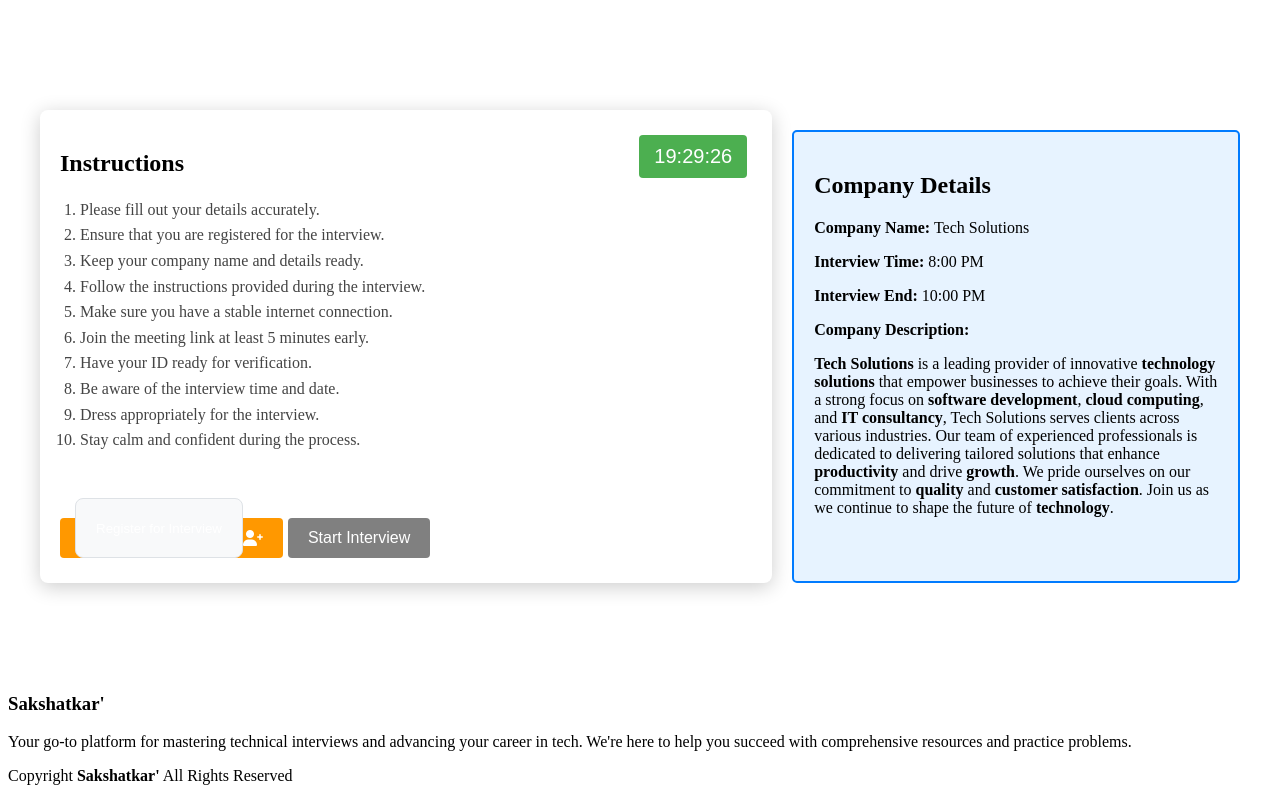
Repository: raushan22882917/Interview_platform
Page: templates/editor/interview.html
An editor plug-in stored every save of this project. The page is shown before and after the next save, followed by the edit.
The browser window is 1280 px wide. The pictures show the whole page.
The page is served by the project's application, run on Flask 3 (temp_code.py). The template is opened directly, without the code that normally fills it, so the values that code supplies are empty.

Above is the page before, as saved 2024-12-03 00:33:46.

### Tech_Round/templates/editor/interview.html
<!DOCTYPE html>
<html lang="en">
<head>
    <meta charset="UTF-8">
    <meta name="viewport" content="width=device-width, initial-scale=1.0">
    <title>Interview Registration</title>
    <link href="https://cdnjs.cloudflare.com/ajax/libs/font-awesome/6.0.0-beta3/css/all.min.css" rel="stylesheet">
    <link href="https://fonts.googleapis.com/css2?family=Roboto:wght@400;700&display=swap" rel="stylesheet">
    <link href="{{ url_for('static', filename='assets/img/favicon.png') }}" rel="icon">

    <style>
        /* Heading styles */
        h1 {
            color: #ff5733; /* Bright orange */
            margin-bottom: 20px;
            text-shadow: 1px 1px 2px rgba(0, 0, 0, 0.3); /* Slight shadow for depth */
        }

        /* Container styles */
        .containers {
            display: flex;
            justify-content: space-between;
            width: 100%;
            max-width: 1200px;
            margin: 100px auto; /* Center the container */
            padding: 10px;
            border-radius: 10px;
        }

        /* Instructions box styles */
        #instructions {
            position: relative;
            background-color: #ffffff; /* White background */
            padding: 20px;
            border-radius: 8px;
            display: flex;
            box-shadow: 0 4px 20px rgba(0, 0, 0, 0.2); /* Stronger shadow */
            width: 60%;
            margin-right: 20px;
            flex-direction: column;
            transition: transform 0.2s; /* Smooth transform */
        }

        #instructions:hover {
            transform: translateY(-5px); /* Lift effect on hover */
        }

        /* Company info box styles */
        .company-info {
            margin-top: 20px;
            padding: 20px;
            border: 2px solid #007bff; /* Blue border */
            border-radius: 5px;
            background-color: #e7f3ff; /* Light blue background */
            width: 35%;
            transition: border-color 0.3s; /* Transition effect for border */
        }

        .company-info:hover {
            border-color: #0056b3; /* Darker blue on hover */
        }

        /* Ordered list styles */
        ol {
            margin: 0;
            padding-left: 20px;
            line-height: 1.6;
            color: #444; /* Dark grey for text */
        }

        /* Button styles */
        button {
            background-color: #ff9800; /* Vibrant orange */
            color: white;
            border: none;
            padding: 10px 15px; /* Increased padding for better button size */
            border-radius: 4px;
            cursor: pointer;
            font-size: 16px;
            transition: background-color 0.3s ease, transform 0.2s; /* Added transform transition */
            margin: 5px; /* Added margin for better spacing */
            display: flex; /* Flex to align icon and text */
            align-items: center; /* Center items vertically */
        }

        button:hover {
            background-color: #e68a00; /* Darker orange on hover */
            transform: scale(1.05); /* Slight scale effect */
        }

        /* Timer button styles */
        #timerButton {
            font-size: 20px;
            background-color: #4caf50; /* Green background */
            position: absolute; /* Position timer button absolutely within #instructions */
            top: 20px; /* Distance from the top */
            right: 20px; /* Distance from the right */
            padding: 10px 15px; /* Consistent padding */
            transition: background-color 0.3s; /* Smooth color transition */
        }

        #timerButton:hover {
            background-color: #388e3c; /* Darker green on hover */
        }

        /* Editor button styles */
        #editorButton {
            background-color: #6c757d; /* Grey background */
        }

        #editorButton:hover {
            background-color: #5a6268; /* Darker grey on hover */
        }

        /* Button container styles */
        .button-container {
            display: flex; /* Use flexbox for alignment */
            justify-content: flex-start; /* Align buttons to the start */
            margin-top: 60px; /* Space above buttons */
        }

        /* Form styles */
        form {
            padding: 20px;
            border-radius: 8px;
            margin-bottom: 20px;
            background-color: #f8f9fa; /* Light background for form */
            border: 1px solid #dee2e6; /* Light grey border */
            transition: background-color 0.3s; /* Transition effect */
        }

        form:hover {
            background-color: #e9ecef; /* Darker grey on hover */
        }

        /* Register button styles */
        .register-button {
            position: relative; /* Position relative to make it part of the button container */
            width: auto; /* Auto width for register button */
            margin: 0; /* Remove margin for absolute positioning */
            height: 40px;
            margin-top: 5px;
        }

        /* Button icon styles */
        .button-icon {
            margin-right: 5px; /* Space between icon and text */
        }

        /* Active button styles */
        #activeButton {
            padding: 10px 20px;
            font-size: 16px;
            cursor: pointer;
            height: 40px;
        }

        #activeButton:disabled {
            background-color: gray; /* Grey background when disabled */
            cursor: not-allowed;
        }

        /* Modal styles */
        #popupModal {
            display: none; /* Hidden by default */
            position: fixed; /* Stay in place */
            z-index: 1; /* Sit on top */
            left: 0;
            top: 0;
            width: 100%; /* Full width */
            height: 100%; /* Full height */
            overflow: auto; /* Enable scroll if needed */
            background-color: rgba(0, 0, 0, 0.7); /* Darker background with opacity */
        }

        #popupContent {
            background-color: #fff; /* White background for popup */
            margin: 15% auto; /* 15% from the top and centered */
            padding: 20px;
            border: 1px solid #888;
            width: 300px; /* Could be more or less, depending on screen size */
            text-align: center;
            border-radius: 10px; /* Rounded corners */
            box-shadow: 0 4px 20px rgba(0, 0, 0, 0.3); /* Popup shadow */
        }

        /* Close button styles */
        .close {
            color: #ff5733; /* Close button color */
            float: right;
            font-size: 28px;
            font-weight: bold;
            cursor: pointer;
        }

        .close:hover,
        .close:focus {
            color: #d50000; /* Dark red on hover */
            text-decoration: none;
            cursor: pointer;
        }
    </style>

    <script>
        function updateButton() {
            const now = new Date();
            const button = document.getElementById('timerButton');
            const editorButton = document.getElementById('editorButton');

            const targetHour = 20; // 6 PM
            const targetMinute = 0; // 0 minutes
            const targetSecond = 0; // 0 seconds

            // Calculate the target time
            const targetTime = new Date();
            targetTime.setHours(targetHour, targetMinute, targetSecond, 0);

            // If it's already past 6 PM, set the target time for the next day
            if (now >= targetTime) {
                targetTime.setDate(targetTime.getDate() + 1);
            }

            // Calculate the time difference in seconds
            const timeDifference = Math.floor((targetTime - now) / 1000);

            if (timeDifference > 0) {
                const hours = Math.floor(timeDifference / 3600);
                const minutes = Math.floor((timeDifference % 3600) / 60);
                const seconds = timeDifference % 60;
                button.innerHTML = `${hours}:${minutes < 10 ? '0' + minutes : minutes}:${seconds < 10 ? '0' + seconds : seconds}`;
            } else {
                button.innerHTML = 'Timer Ended';
                editorButton.disabled = false; // Enable the editor button when the timer ends
            }
        }

        // Update the button every second
        setInterval(updateButton, 1000);
        window.onload = updateButton; // Update on page load
    </script>
</head>
<body>


    <div class="containers">
        <div id="instructions">
            <div class="inst">
                <h2>Instructions</h2>
                <ol>
                    <li>Please fill out your details accurately.</li>
                    <li>Ensure that you are registered for the interview.</li>
                    <li>Keep your company name and details ready.</li>
                    <li>Follow the instructions provided during the interview.</li>
                    <li>Make sure you have a stable internet connection.</li>
                    <li>Join the meeting link at least 5 minutes early.</li>
                    <li>Have your ID ready for verification.</li>
                    <li>Be aware of the interview time and date.</li>
                    <li>Dress appropriately for the interview.</li>
                    <li>Stay calm and confident during the process.</li>
                </ol>
            </div>
            <div class="button-container">
                <button class="register-button" id="registerButton">
                    {% if is_registered %}
                        <i class="fas fa-check button-icon"></i>Already Registered
                    {% elif current_time.hour >= 20 %}
                        <form action="/register_interview" method="POST" style="display: inline;">
                            <input type="submit" value="Register for Tomorrow" style="border: none; background: none; color: inherit; cursor: pointer; padding: 0;">
                        </form>
                        <i class="fas fa-user-plus button-icon"></i>
                    {% else %}
                        <form action="/register_interview" method="POST" style="display: inline;">
                            <input type="submit" value="Register for Interview" style="border: none; background: none; color: inherit; cursor: pointer; padding: 0;">
                        </form>
                        <i class="fas fa-user-plus button-icon"></i>
                    {% endif %}
                </button>

                <button id="timerButton" disabled>Loading...</button>
                <button id="activeButton" disabled>Start Interview</button>

    <!-- The Modal -->
    <div id="popupModal">
        <div id="popupContent">
            <span class="close">&times;</span>
            <p>Start coding at 9 PM!</p>
        </div>
    </div>

    <script>
        function checkTime() {
            const now = new Date();
            const hours = now.getHours();
            const isActive = (hours >= 12 && hours < 23); // Active from 1 AM to 3 AM


            const button = document.getElementById('activeButton');
            button.disabled = !isActive; // Enable or disable the button based on the time

            // Add click event to the button
            button.onclick = function () {
                if (isActive) {
                    window.location.href = '/editor'; // Navigate to /editor if active
                } else {
                    showModal(); // Show modal if clicked outside active hours
                }
            };
        }

        function showModal() {
            const modal = document.getElementById('popupModal');
            modal.style.display = "block"; // Show the modal
        }

        function closeModal() {
            const modal = document.getElementById('popupModal');
            modal.style.display = "none"; // Hide the modal
        }

        // Get the <span> element that closes the modal
        const closeButton = document.getElementsByClassName("close")[0];
        closeButton.onclick = closeModal; // When the user clicks on <span> (x), close the modal

        // Close the modal when the user clicks anywhere outside of it
        window.onclick = function(event) {
            const modal = document.getElementById('popupModal');
            if (event.target === modal) {
                closeModal();
            }
        }

        // Check the time when the page loads
        window.onload = checkTime;
    </script>
            </div>
        </div>

        <div class="company-info">
            <h2>Company Details</h2>
            <p><strong>Company Name:</strong> Tech Solutions</p>
            <p><strong>Interview Time:</strong> 8:00 PM</p>
            <p><strong>Interview End:</strong> 10:00 PM</p>
            <p><strong>Company Description:</strong></p>
            <p><strong>Tech Solutions</strong> is a leading provider of innovative <strong>technology solutions</strong> that empower businesses to achieve their goals. With a strong focus on <strong>software development</strong>, <strong>cloud computing</strong>, and <strong>IT consultancy</strong>, Tech Solutions serves clients across various industries. Our team of experienced professionals is dedicated to delivering tailored solutions that enhance <strong>productivity</strong> and drive <strong>growth</strong>. We pride ourselves on our commitment to <strong>quality</strong> and <strong>customer satisfaction</strong>. Join us as we continue to shape the future of <strong>technology</strong>.</p>
        </div>

    </div>

    <footer id="footer" class="footer dark-background">
        <div class="container">
          <h3 class="sitename">Sakshatkar'</h3>
          <p>Your go-to platform for mastering technical interviews and advancing your career in tech. We're here to help you succeed with comprehensive resources and practice problems.</p>
          <div class="social-links d-flex justify-content-center">
            <a href="https://twitter.com/Sakshatkar'" target="_blank" aria-label="Twitter"><i class="bi bi-twitter"></i></a>
            <a href="https://facebook.com/Sakshatkar'" target="_blank" aria-label="Facebook"><i class="bi bi-facebook"></i></a>
            <a href="https://instagram.com/Sakshatkar'" target="_blank" aria-label="Instagram"><i class="bi bi-instagram"></i></a>
            <a href="https://linkedin.com/company/Sakshatkar'" target="_blank" aria-label="LinkedIn"><i class="bi bi-linkedin"></i></a>
          </div>
          <div class="container">
            <div class="copyright">
              <span>Copyright</span> <strong class="px-1 sitename">Sakshatkar'</strong> <span>All Rights Reserved</span>
            </div>
          </div>
        </div>
      </footer>
</body>
</html>

### Tech_Round/temp_code.py
from flask import Flask, render_template, request, session, redirect
import os
from groq import Groq

app = Flask(__name__)
app.secret_key = os.environ.get("FLASK_SECRET_KEY", "sdfghjuklkjhugfdsfghjk")  # For security, consider using an environment variable

# Initialize the Groq API client
client = Groq(api_key=os.environ.get("GROQ_API_KEY", "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"))  # Get the Groq API key from environment variables

# Define the steps in the E.S.T.C.V process
STEPS = ["Example", "Solution", "Test Cases", "Code", "Validation"]

@app.route('/estcv')
def estcv():
    return render_template('Ai/index.html')

@app.route('/start', methods=['POST'])
def start():
    session.clear()
    session['question'] = request.form['question']
    session['current_step'] = STEPS[0]
    session['responses'] = {}
    session['marks'] = {}  # Store marks for each step
    return redirect(f'/step')

@app.route('/step', methods=['GET', 'POST'])
def step():
    current_step = session.get('current_step', STEPS[0])
    responses = session.get('responses', {})

    if request.method == 'POST':
        user_input = request.form['user_input']
        feedback, score = process_step(current_step, user_input)
        responses[current_step] = {'input': user_input, 'feedback': feedback, 'score': score}

        session['responses'] = responses
        session['marks'][current_step] = score  # Store score for the current step

        # Move to next step
        current_index = STEPS.index(current_step)
        if current_index < len(STEPS) - 1:
            session['current_step'] = STEPS[current_index + 1]
            return redirect(f'/step')
        else:
            total_score = sum(session['marks'].values())  # Calculate total score
            return render_template('Ai/feedback.html', responses=responses, total_score=total_score)

    return render_template('Ai/steps.html', step=current_step, question=session['question'], responses=responses)

def process_step(step, user_input):
    """Process the user input for a specific step and return feedback and score."""
    question = session['question']
    feedback = ""
    score = 0  # Default score

    if step == "Example":
        inputs_outputs = user_input.split("\n")
        if len(inputs_outputs) < 3:
            feedback = "You need to provide at least 3 examples of input-output pairs."
            score = 2  # Lower score for insufficient examples
        else:
            feedback = "Good job providing examples. Ensure they cover diverse scenarios."
            score = 5  # Full score for good examples

    elif step == "Solution":
        prompt = f"Question: {question}\nUser's solution approach: {user_input}\nEvaluate the approach."
        feedback = call_groq_api(prompt)
        score = 4  # Placeholder, adjust based on feedback evaluation

    elif step == "Test Cases":
        test_cases = user_input.split("\n")
        if not test_cases:
            feedback = "Please provide at least one test case."
            score = 1  # Low score for no test cases
        elif "edge" not in user_input.lower():
            feedback = "You missed edge test cases. Consider edge conditions like minimum, maximum, or empty inputs."
            score = 3  # Medium score for missing edge cases
        else:
            feedback = "Test cases are well thought out."
            score = 5  # Full score for good test cases

    elif step == "Code":
        prompt = f"Question: {question}\nCode: {user_input}\nEvaluate the correctness, time complexity, and space complexity."
        feedback = call_groq_api(prompt)
        score = 4  # Placeholder for code quality evaluation

    elif step == "Validation":
        prompt = f"Question: {question}\nValidation of code: {user_input}\nCheck all test cases and analyze time and space complexity."
        feedback = call_groq_api(prompt)
        score = 5  # High score for complete validation

    return feedback, score

def call_groq_api(prompt):
    """Call the Groq API with a given prompt."""
    try:
        response = client.chat.completions.create(
            messages=[
                {"role": "system", "content": "You are a helpful assistant."},
                {"role": "user", "content": prompt}
            ],
            model="llama3-8b-8192",  # You can modify the model if necessary
        )
        return response.choices[0].message.content
    except Exception as e:
        return f"Error while calling Groq API: {e}"

if __name__ == '__main__':
    app.run(debug=True)

After the next save:
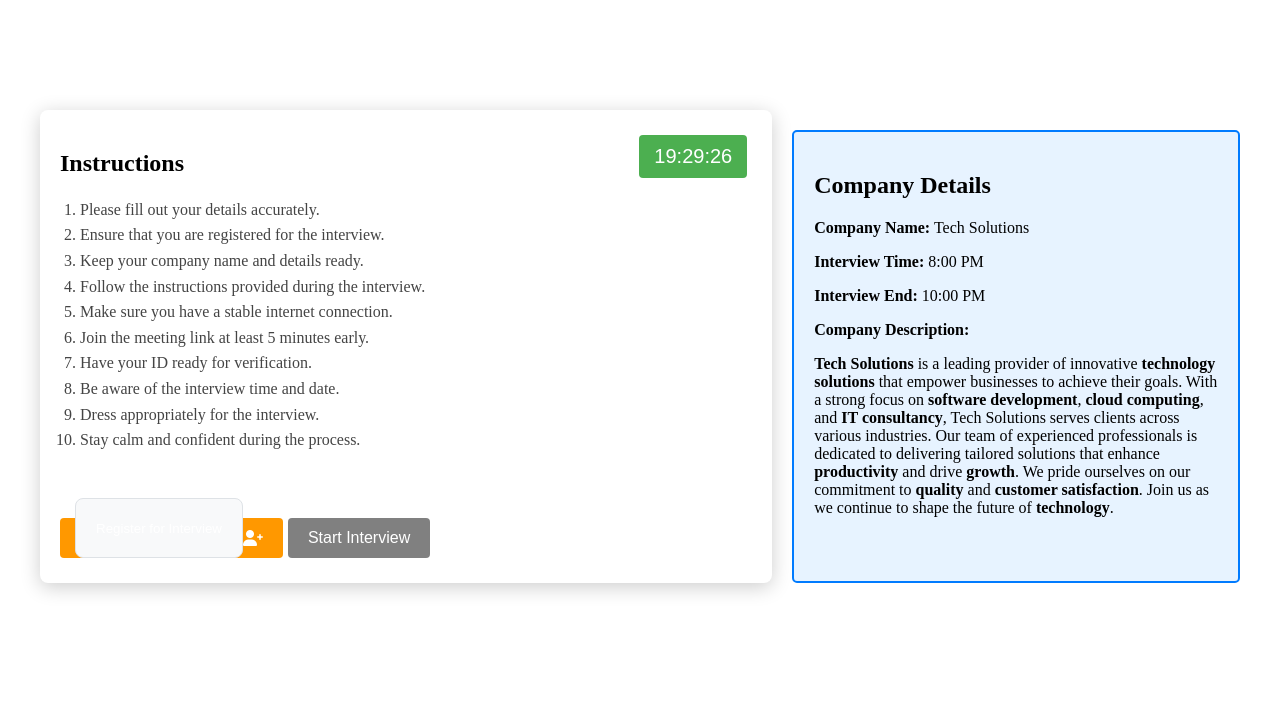
Saved 7 s later.
--- a/Tech_Round/templates/editor/interview.html
+++ b/Tech_Round/templates/editor/interview.html
@@ -346,22 +346,6 @@
 
     </div>
 
-    <footer id="footer" class="footer dark-background">
-        <div class="container">
-          <h3 class="sitename">Sakshatkar'</h3>
-          <p>Your go-to platform for mastering technical interviews and advancing your career in tech. We're here to help you succeed with comprehensive resources and practice problems.</p>
-          <div class="social-links d-flex justify-content-center">
-            <a href="https://twitter.com/Sakshatkar'" target="_blank" aria-label="Twitter"><i class="bi bi-twitter"></i></a>
-            <a href="https://facebook.com/Sakshatkar'" target="_blank" aria-label="Facebook"><i class="bi bi-facebook"></i></a>
-            <a href="https://instagram.com/Sakshatkar'" target="_blank" aria-label="Instagram"><i class="bi bi-instagram"></i></a>
-            <a href="https://linkedin.com/company/Sakshatkar'" target="_blank" aria-label="LinkedIn"><i class="bi bi-linkedin"></i></a>
-          </div>
-          <div class="container">
-            <div class="copyright">
-              <span>Copyright</span> <strong class="px-1 sitename">Sakshatkar'</strong> <span>All Rights Reserved</span>
-            </div>
-          </div>
-        </div>
-      </footer>
+
 </body>
 </html>
